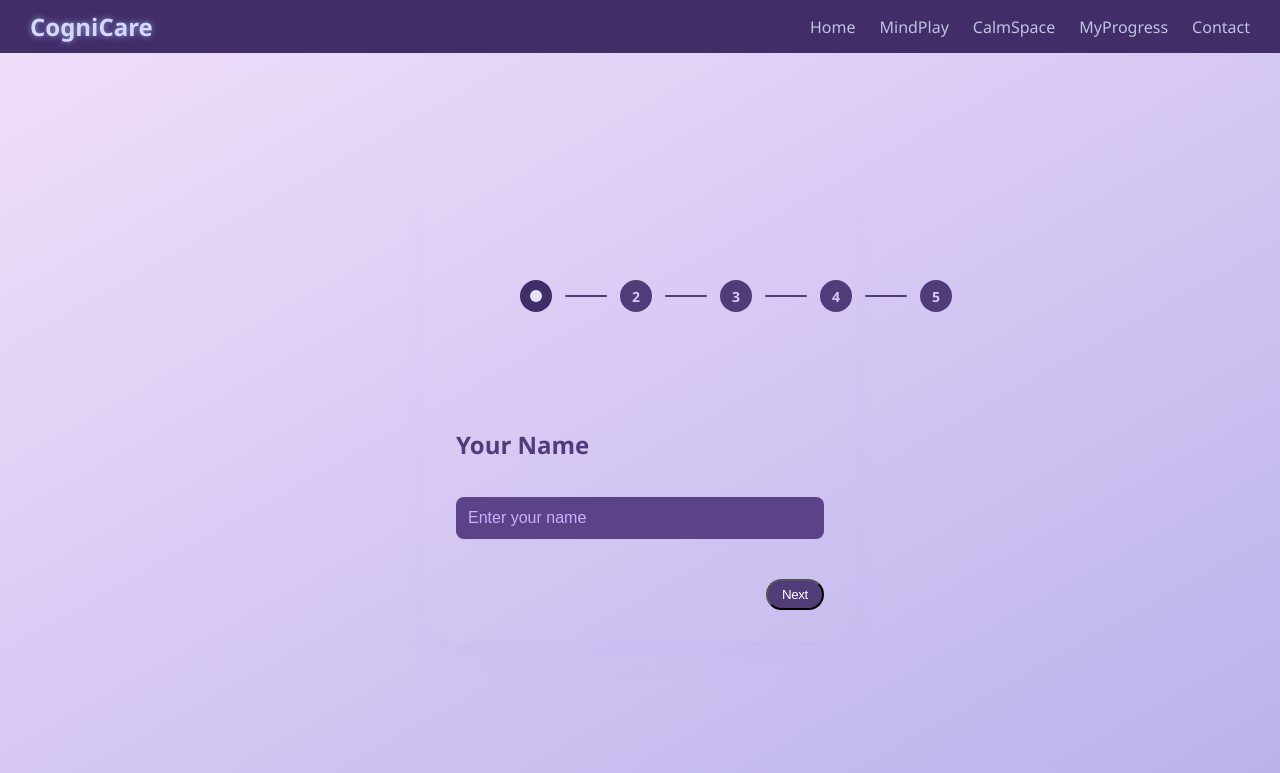
Repository: rujularaut/CogniCare
Page: /signup
An editor plug-in stored every save of this project. The page is shown before and after a run of saves, followed by the edit.
The browser window is 1280 px wide. The pictures show the whole page.
The project was rebuilt for these pictures with package versions that can differ from the ones it lists, and the page was loaded fresh each time. Also part of the build but not shown: src/components/Welcome.css, src/components/Welcome.js, src/components/Particles.css, src/components/Particles.js, src/components/Meditation.css, src/components/Meditation.js, src/components/Signup.css, src/components/Signup.js and 2 more.

Above is the page before, as saved 2025-06-24 15:03:16.

After the next 2 saves:
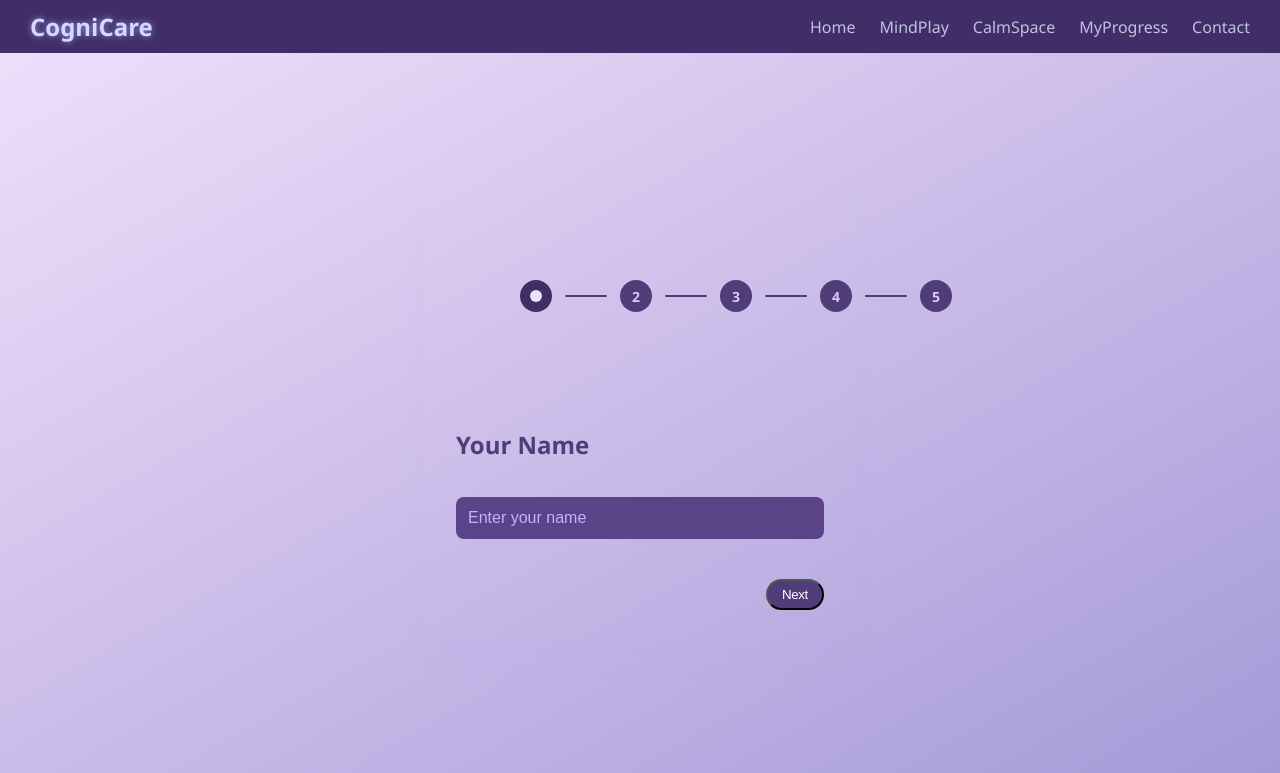
The 2 saves are shown as one change because they came seconds apart.
The last was saved 7 s later.
--- a/src/components/SignupStepper.css
+++ b/src/components/SignupStepper.css
@@ -1,5 +1,5 @@
 .signup-container {
-background: linear-gradient(to bottom right, #efdefa, #bcb2eb);
+background: linear-gradient(to bottom right, #efdefa, #a59ad8);
   color: #513c7a;
   min-height: 100vh;
   display: flex;
